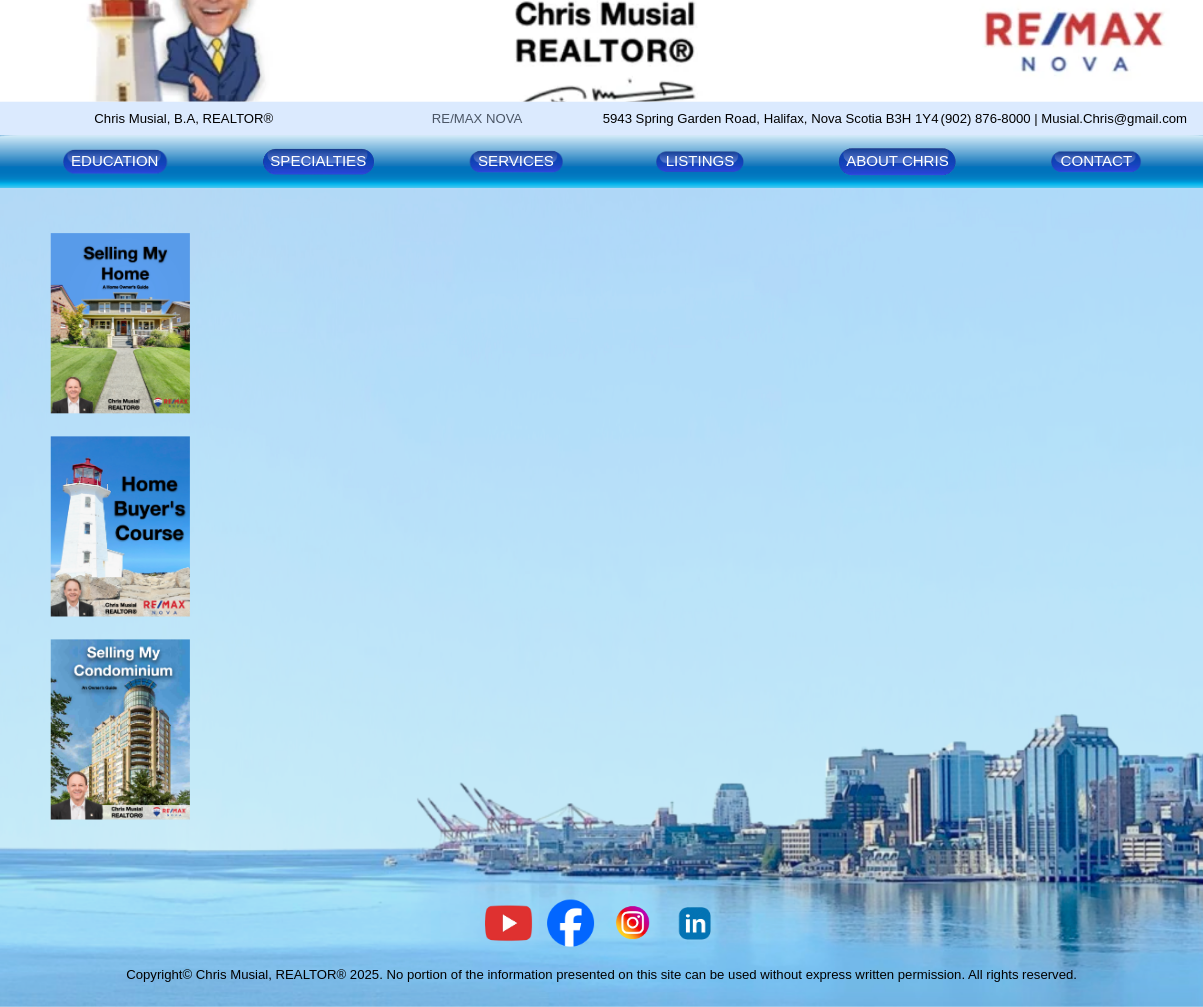
Repository: TMuse333/father-website
Page: / (app in frontend/)
These files come from the project's save history. The page is drawn as it stood at one moment and after the next save; the edit follows.
The browser window is 1280 px wide. The pictures show the whole page, at 94% of full size.
The project was rebuilt for these pictures with package versions that can differ from the ones it lists, and the page was loaded fresh each time. The framework's server and built-in components were replaced by stand-ins that run in the browser. Also part of the build but not shown: frontend/next.config.ts.

Above is the page before, as saved 2025-05-24 15:47:12.

After the next save:
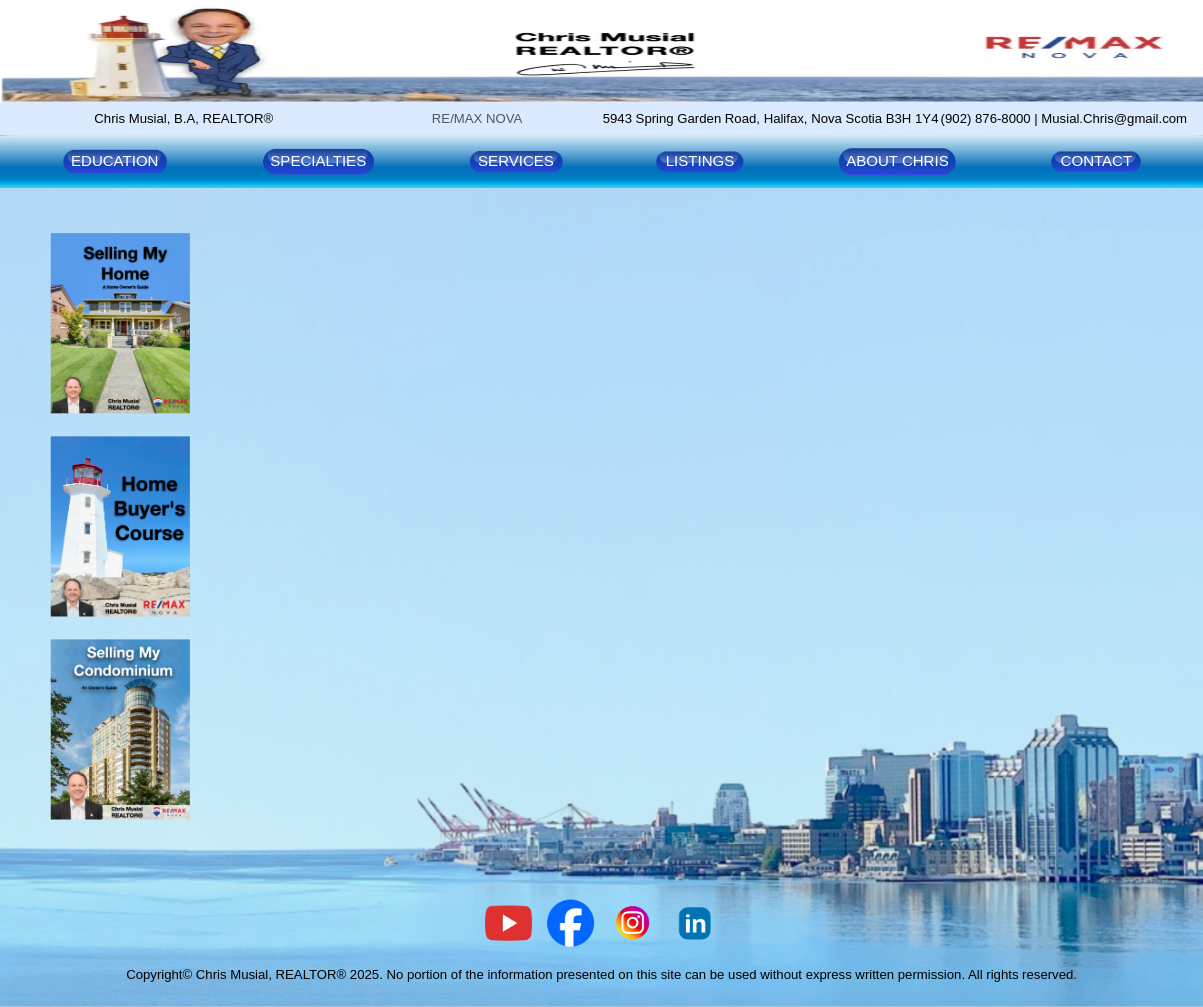
Saved 5 s later.
--- a/frontend/src/components/homepage/homepage.tsx
+++ b/frontend/src/components/homepage/homepage.tsx
@@ -54,7 +54,7 @@
             src="/father-header.webp"
             alt="Chris Musial Realtor"
             fill
-            className="object-cover
+            className="object-cove
             mx-auto w-screen"
             priority
           />

After the save that followed:
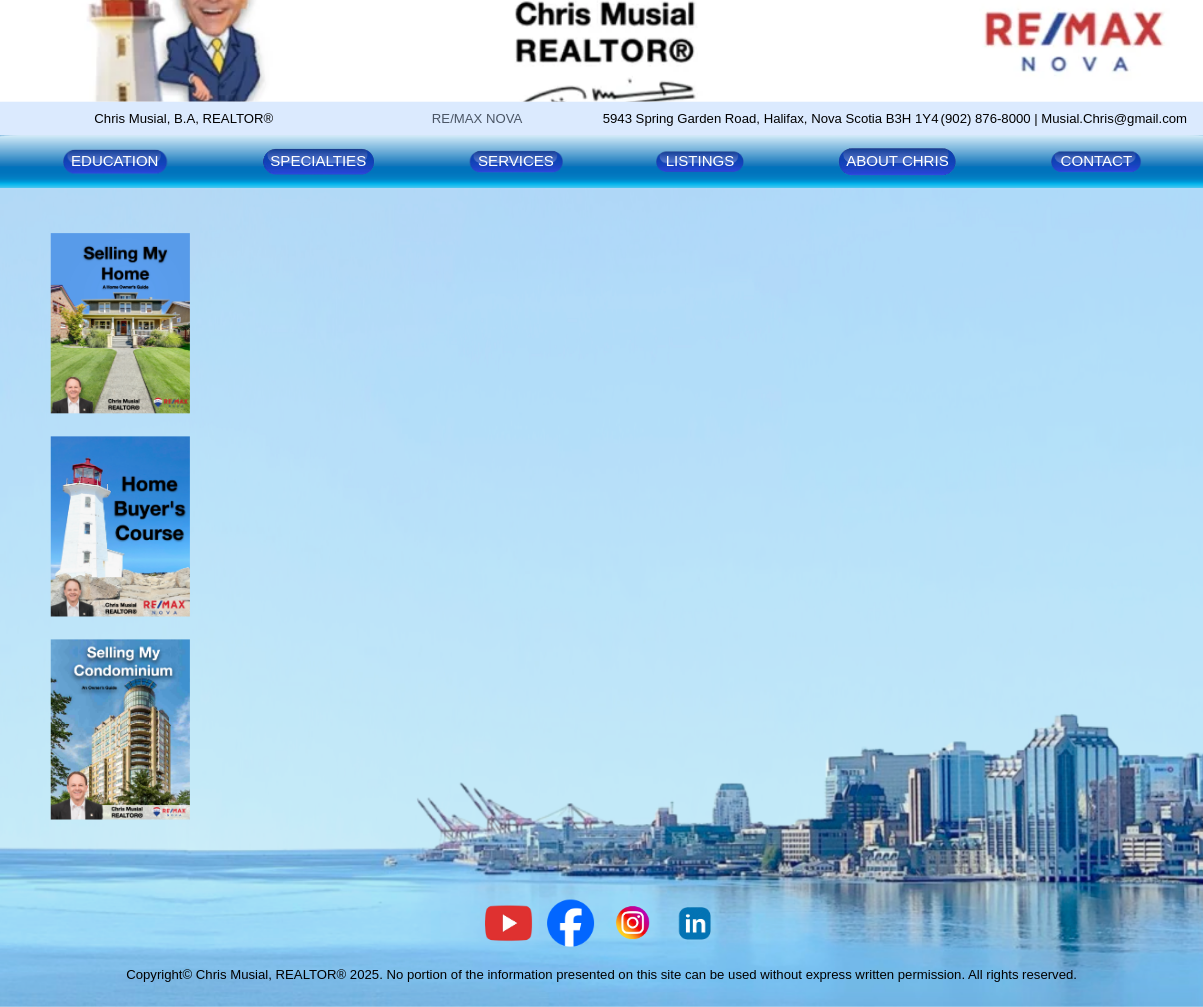
Saved 5 s later.
--- a/frontend/src/components/homepage/homepage.tsx
+++ b/frontend/src/components/homepage/homepage.tsx
@@ -54,7 +54,7 @@
             src="/father-header.webp"
             alt="Chris Musial Realtor"
             fill
-            className="object-cove
+            className="object-cover
             mx-auto w-screen"
             priority
           />
